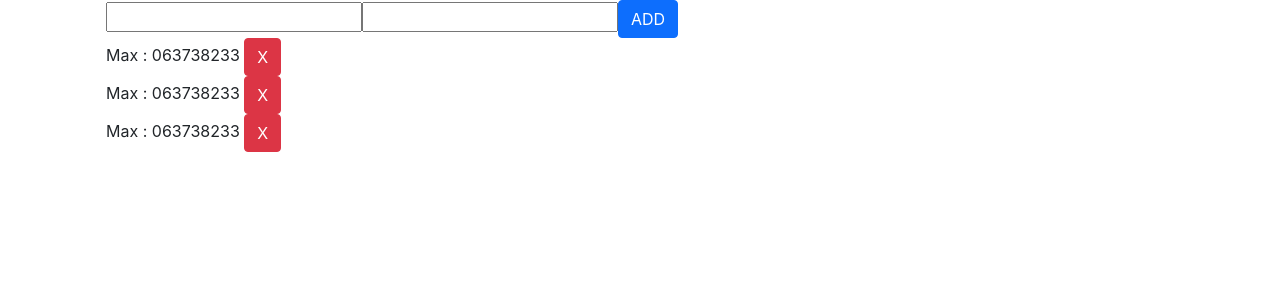
Repository: tsydikov/phone_book
Page: /
An editor plug-in stored every save of this project. The page is shown before and after the next save, followed by the edit.
The browser window is 1280 px wide. The pictures show the whole page.
The project was rebuilt for these pictures with package versions that can differ from the ones it lists, and the page was loaded fresh each time. Also part of the build but not shown: src/App.css.

Above is the page before, as saved 2021-10-07 20:00:45.

After the next save:
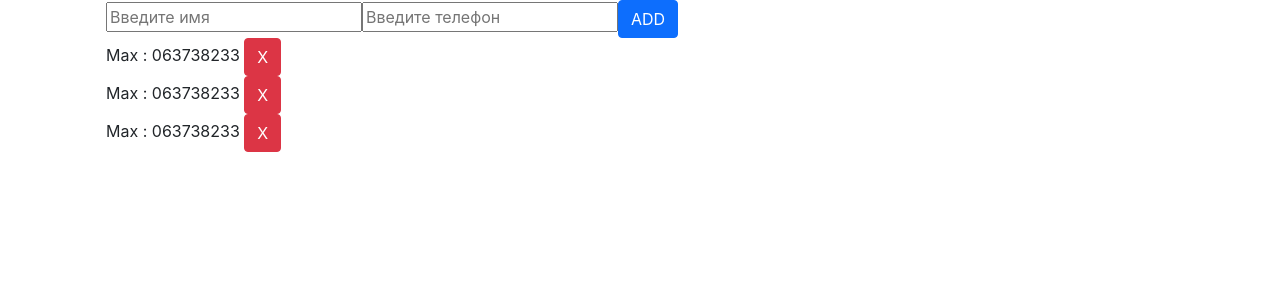
Saved 113 s later.
--- a/src/components/Form.jsx
+++ b/src/components/Form.jsx
@@ -13,8 +13,8 @@ const Form = () => {
   };
   return (
     <Container>
-      <input value={name} onChange={(e) => setName(e.target.value)} />
-      <input value={phone} onChange={(e) => setPhone(e.target.value)} />
+      <input value={name} placeholder="Введите имя" onChange={(e) => setName(e.target.value)} />
+      <input value={phone} placeholder="Введите телефон" onChange={(e) => setPhone(e.target.value)} />
       <Button onClick={addNewPhoneBookItem}>ADD</Button>
     </Container>
   );
